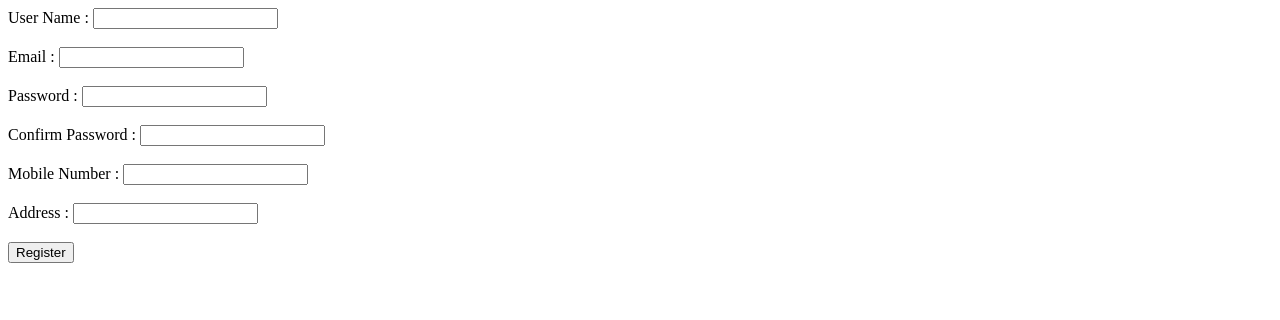
Repository: Sujith-B-S/Food-Application
Page: http://localhost/FoodApplication/register.jsp
These files come from the project's save history. The page is drawn as it stood at one moment and after the next save; the edit follows.
The browser window is 1280 px wide. The pictures show the whole page.
The page is served by Tomcat 9.

Above is the page before, as saved 2024-11-13 10:59:07.

After the next save:
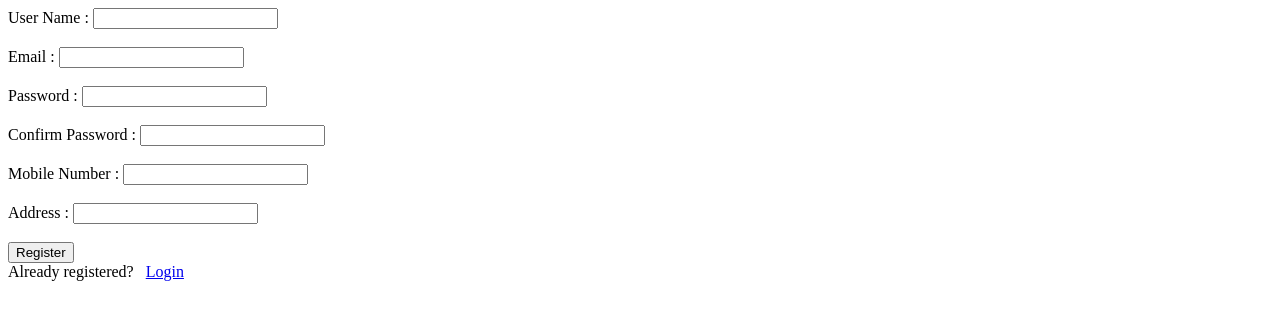
Saved 8 min 23 s later.
--- a/FoodApplication/src/main/webapp/register.jsp
+++ b/FoodApplication/src/main/webapp/register.jsp
@@ -17,5 +17,6 @@
 Address : <input type = "text" name = "address"><br><br>
 <input type = "submit" value = "Register">
 </form>
+Already registered? &nbsp; <a href = "login.jsp">Login</a>
 </body>
 </html>
